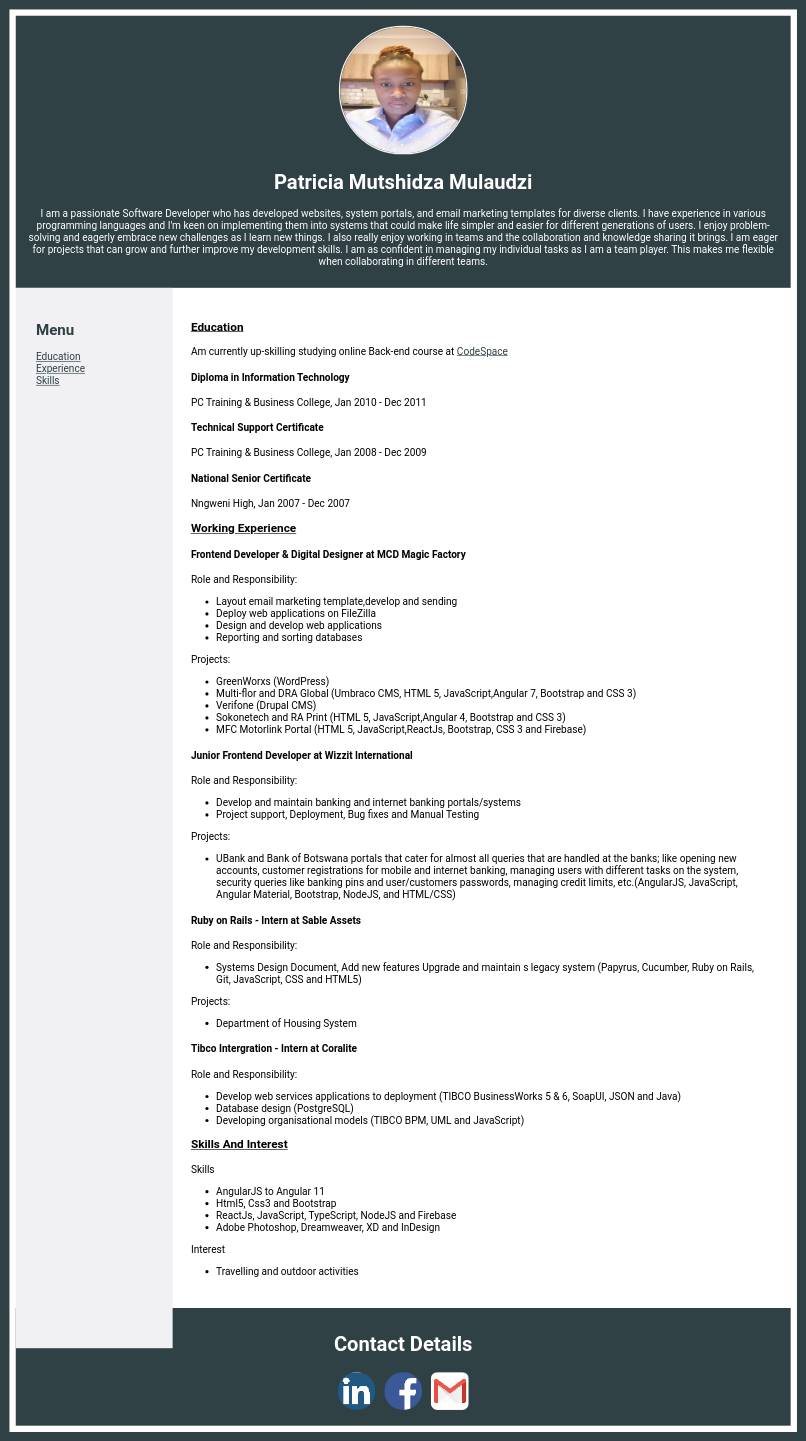
Repository: Patricious/Digital-Resume-01
Page: index.html
An editor plug-in stored every save of this project. The page is shown before and after the next save, followed by the edit.
The browser window is 1280 px wide. The pictures show the whole page, at 63% of full size.

Above is the page before, as saved 2021-08-23 11:53:00.

### index.html
<!DOCTYPE html>
<html>

<head>
    <title>Patricia Digital Resume</title>
    <meta charset="utf-8">
    <meta name="viewport" content="width=device-width, initial-scale=1">
    <link rel="stylesheet" type="text/css" href="css/stylesheet.css">
</head>

<body scroll="yes">

    <header>
        <img src="img/IMG_20200502_085519.jpg" alt="profile" width="200" height="200" class="profile" />
        <h1>Patricia Mutshidza Mulaudzi</h1>
        <p>I am a passionate Software Developer who has developed websites, system portals, and email marketing templates for diverse clients. I have experience in various programming languages and I'm keen on implementing them into systems that could make
            life simpler and easier for different generations of users. I enjoy problem-solving and eagerly embrace new challenges as I learn new things. I also really enjoy working in teams and the collaboration and knowledge sharing it brings. I am
            eager for projects that can grow and further improve my development skills. I am as confident in managing my individual tasks as I am a team player. This makes me flexible when collaborating in different teams.</p>
    </header>
    <div class="container">
        <section>
            <aside>
                <h2>Menu</h2>
                <ul class="nav">
                    <li>
                        <a href="#education">Education</a>
                    </li>
                    <li>
                        <a href="#experience">Experience</a>
                    </li>
                    <li>
                        <a href="#skills">Skills</a>
                    </li>

                </ul>
            </aside>

            <article>
                <h3 id="education"> <span>Education</span>
                </h3>
                <p> Am currently up-skilling studying online Back-end course at
                    <a href="https://www.codespace.co.za/courses/?matchtype=b&device=c&keyword=codespace&adgroupid=81088003381&utm_campaign=8148639553&utm_source=google&utm_medium=cpc&gclid=EAIaIQobChMIkP_7q8bG8gIV1uvtCh0w7A1-EAAYASAAEgL34vD_BwE"> CodeSpace</a>
                </p>

                <h4>Diploma in Information Technology </h4>

                <p>PC Training & Business College, Jan 2010 - Dec 2011</p>
                <h4>Technical Support Certificate </h4>


                <p>PC Training & Business College, Jan 2008 - Dec 2009</p>

                <h4>National Senior Certificate</h4>


                <p>Nngweni High, Jan 2007 - Dec 2007</p>


                <h3 id="experience"> Working Experience</h3>
                <h4>Frontend Developer & Digital Designer at MCD Magic Factory
                </h4>
                <p>Role and Responsibility:</p>
                <ul>
                    <li>Layout email marketing template,develop and sending</li>
                    <li> Deploy web applications on FileZilla</li>
                    <li>Design and develop web applications</li>
                    <li>Reporting and sorting databases</li>
                </ul>
                <p>Projects:</p>
                <ul>
                    <li>GreenWorxs (WordPress)</li>
                    <li>Multi-flor and DRA Global (Umbraco CMS, HTML 5, JavaScript,Angular 7, Bootstrap and CSS 3)</li>
                    <li>Verifone (Drupal CMS)</li>
                    <li>Sokonetech and RA Print (HTML 5, JavaScript,Angular 4, Bootstrap and CSS 3)</li>
                    <li>MFC Motorlink Portal (HTML 5, JavaScript,ReactJs, Bootstrap, CSS 3 and Firebase)</li>
                </ul>

                <h4>Junior Frontend Developer at Wizzit International
                </h4>
                <p>Role and Responsibility:</p>
                <ul>
                    <li>Develop and maintain banking and internet banking portals/systems</li>
                    <li>Project support, Deployment, Bug fixes and Manual Testing</li>

                </ul>
                <p>Projects:</p>
                <ul>
                    <li>UBank and Bank of Botswana portals that cater for almost all queries that are handled at the banks; like opening new accounts, customer registrations for mobile and internet banking, managing users with different tasks on the system,
                        security queries like banking pins and user/customers passwords, managing credit limits, etc.(AngularJS, JavaScript, Angular Material, Bootstrap, NodeJS, and HTML/CSS)</li>
                </ul>

                <h4>Ruby on Rails - Intern at Sable Assets
                </h4>
                <p>Role and Responsibility:</p>
                <ul>
                    <li>Systems Design Document, Add new features Upgrade and maintain s legacy system (Papyrus, Cucumber, Ruby on Rails, Git, JavaScript, CSS and HTML5)</li>

                </ul>
                <p>Projects:</p>
                <ul>
                    <li>Department of Housing System</li>
                </ul>

                <h4>Tibco Intergration - Intern at Coralite
                </h4>
                <p>Role and Responsibility:</p>
                <ul>
                    <li>Develop web services applications to deployment (TIBCO BusinessWorks 5 & 6, SoapUI, JSON and Java)
                    </li>
                    <li>Database design (PostgreSQL)</li>
                    <li>Developing organisational models (TIBCO BPM, UML and JavaScript)</li>
                </ul>


                <h3 id="skills">Skills And Interest</h3>
                <p>Skills</p>
                <ul>
                    <li>AngularJS to Angular 11</li>
                    <li>Html5, Css3 and Bootstrap</li>
                    <li>ReactJs, JavaScript, TypeScript, NodeJS and Firebase</li>
                    <li>Adobe Photoshop, Dreamweaver, XD and InDesign</li>
                </ul>
                <p>Interest </p>
                <ul>
                    <li>Travelling and outdoor activities</li>
                </ul>
            </article>
        </section>
    </div>

    <footer>
        <h1>Contact Details</h1>
        <a href="https://www.linkedin.com/in/patricia-mulaudzi-93b526101/" target="_blank"><img src="img/in.png" alt="LinkedIN" class="circle"></a>
        <a href="https://www.facebook.com/patricia.mulaudzi.1/" target="_blank"><img src="img/fb.png" alt="Facebook" class="circle"></a>
        <a href="mailto:mulaudzi689@gmail.com"><img src="img/gm.png" alt="Gmail" class="rounded"></a>
    </footer>
</body>

</html>

### css/stylesheet.css
     html {
         border: 15px solid #304145;
     }

     body {
         font-family: 'Roboto', sans-serif;
         font-size: 100%;
         background-color: #ffffff;
         margin: 10px;
         overflow-y: scroll;
     }

     .container {
         position: relative;
         height: 100%;
         background-color: #ffffff;
     }

     header {
         text-align: center;
         background-color: #304145;
         color: #ffffff;
         padding: 1em;
     }

     aside {
         background-color: #F1F1F3;
         color: #304145;
         width: 15%;
         padding: 2em;
         height: 100%;
         float: left;
         position: absolute;
         flex: 0 0 auto;
     }

     h3 {
         text-decoration: underline;
     }

     article {
         padding: 2em;
         margin-left: 20%;
     }

     .profile {
         border-radius: 100px;
         border: 2px solid #F1F1F3;
     }

     .circle {
         border-radius: 100px;
         padding: 5px;
     }

     .rounded {
         border-radius: 15px;
         padding: 5px;
     }

     .nav {
         list-style-type: none;
         margin: 0;
         padding: 0;
     }

     a {
         color: #304145;
     }

     footer {
         background-color: #304145;
         text-align: center;
         color: #ffffff;
         padding: 1em;
     }

After the next save:
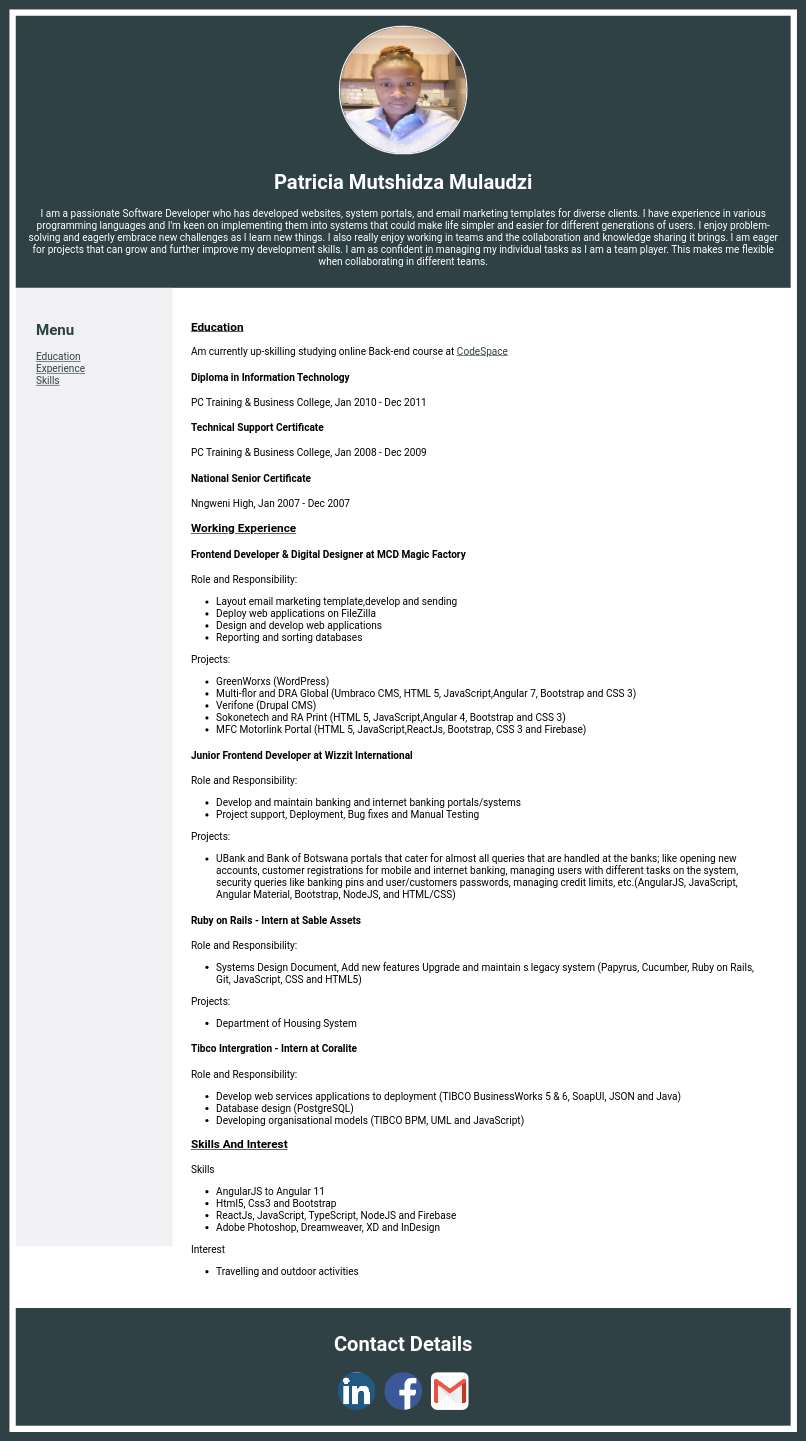
Saved 4 s later.
--- a/css/stylesheet.css
+++ b/css/stylesheet.css
@@ -28,7 +28,7 @@
          color: #304145;
          width: 15%;
          padding: 2em;
-         height: 100%;
+         height: 90%;
          float: left;
          position: absolute;
          flex: 0 0 auto;

After the save that followed:
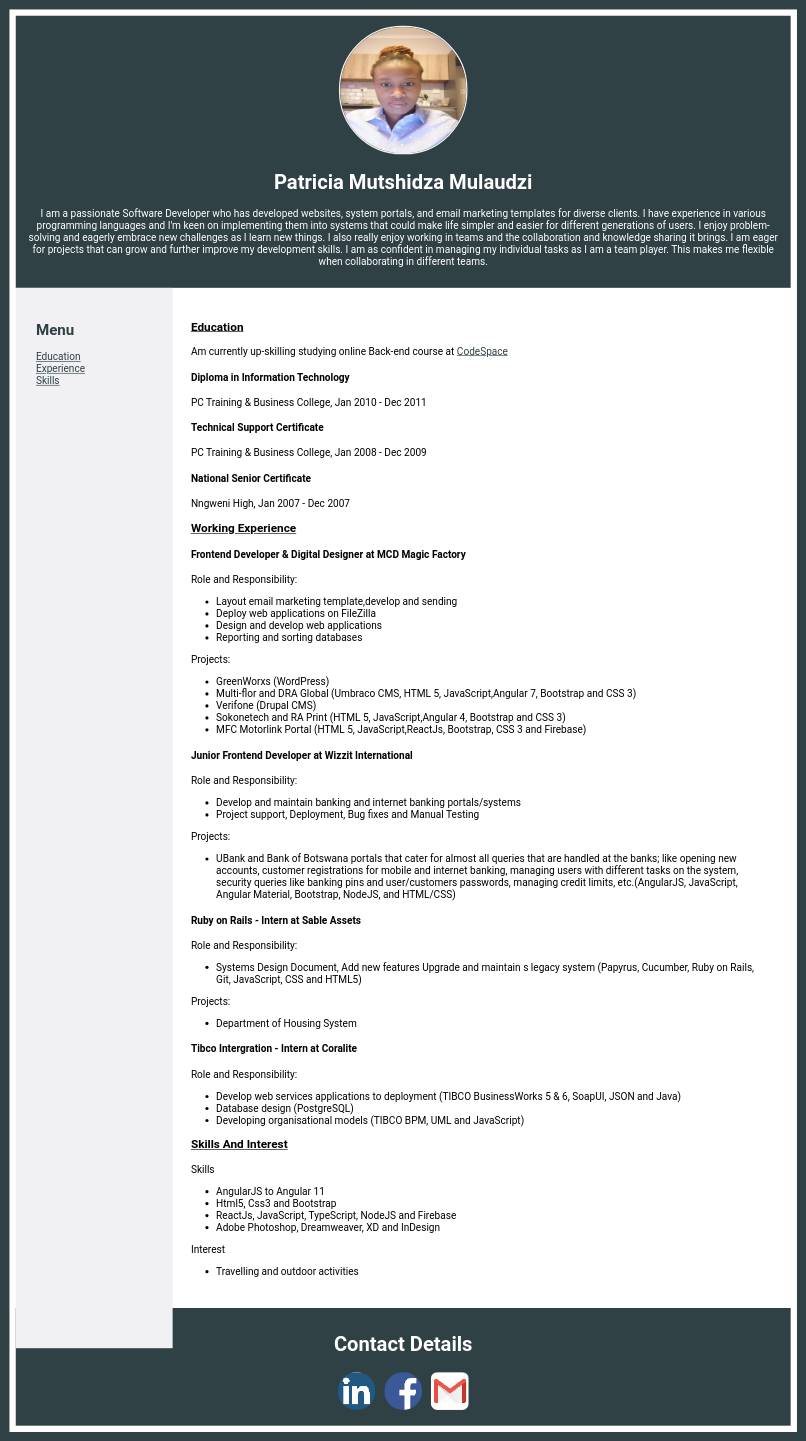
Saved 10 s later.
--- a/css/stylesheet.css
+++ b/css/stylesheet.css
@@ -28,7 +28,7 @@
          color: #304145;
          width: 15%;
          padding: 2em;
-         height: 90%;
+         height: 100%;
          float: left;
          position: absolute;
          flex: 0 0 auto;
